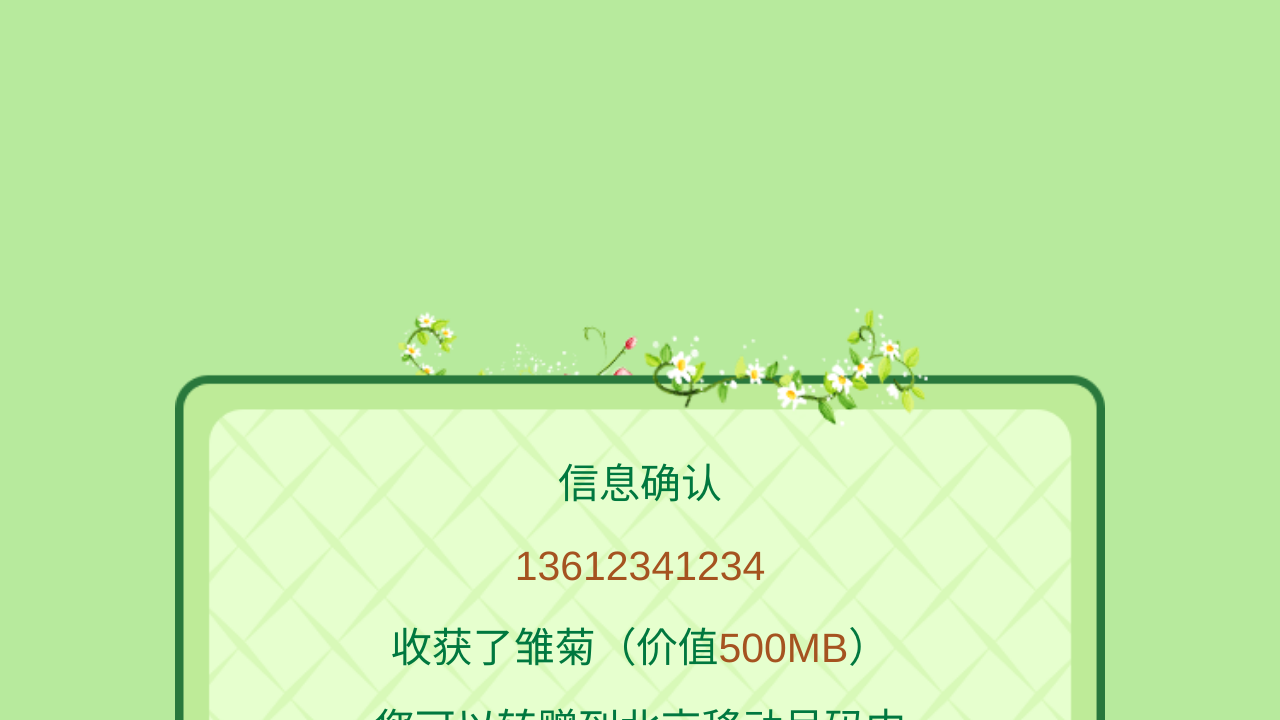
Repository: wangbiaozy/zh
Page: index.html
These files come from the project's save history. The page is drawn as it stood at one moment and after the next save; the edit follows.
The browser window is 1280 px wide. The pictures show the whole page.

Above is the page before, as saved 2019-03-18 19:25:52.
Console error: TypeError: Cannot read properties of undefined (reading 'style')

### index.html
<!DOCTYPE html>
<html lang="en">

<head>
    <meta charset="UTF-8">
    <meta name="viewport" content="width=device-width, initial-scale=1.0, maximum-scale=1.0, minimum-scale=1.0, user-scalable=no, viewport-fit=cover">
    <meta http-equiv="X-UA-Compatible" content="ie=edge">
    <title>北京移动</title>
    <link rel="stylesheet" href="css/reset.min.css">
    <link rel="stylesheet/less" href="css/styles.less">
    <script src="js/less-1.7.0.min.js"></script>
    <script src="js/jquery-1.10.1.min.js"></script>
    <script src="js/imgLoader.js"></script>
    <script>
        imgLoader([
            'images/banner.png',
            'images/bdsjh.png',
            'images/bg_01.png',
            'images/bg_02.png',
            'images/btn_cj.png',
            'images/btn_cjhd.png',
            'images/btn_dhff.png',
            'images/btn_dl.png',
            'images/btn_fshy.png',
            'images/btn_lj.png',
            'images/btn_qd.png',
            'images/btn_qdl.png',
            'images/btn_qr.png',
            'images/btn_qx.png',
            'images/btn_xg.png',
            'images/btn_zz.png',
            'images/c1.png',
            'images/c2.png',
            'images/c3.png',
            'images/c4.png',
            'images/c5.png',
            'images/card_1.png',
            'images/card_2.png',
            'images/card_3.png',
            'images/card_4.png',
            'images/card_5.png',
            'images/card.png',
            'images/close.png',
            'images/default.jpg',
            'images/erweima.png',
            'images/fire.gif',
            'images/fri_bg_01.png',
            'images/fri_bg_02.png',
            'images/fri_bg_03.png',
            'images/gongxi.png',
            'images/guang1.png',
            'images/guang2.png',
            'images/hdgz.png',
            'images/home_bg_01.png',
            'images/home_bg_02.png',
            'images/home_bg_03.png',
            'images/hyzl.png',
            'images/longjiao.png',
            'images/longshen.png',
            'images/longtou.png',
            'images/longwei.png',
            'images/longzhu.png',
            'images/longzhua.png',
            'images/rule_btn.png',
            'images/share.png',
            'images/sjhm.png',
            'images/start_btn.png',
            'images/submit.png',
            'images/tc_1_text.png',
            'images/tc_bg.png',
            'images/tc_card.png',
            'images/tc_title_1.png',
            'images/tc_title_2.png',
            'images/tc_title_3.png',
            'images/xxqr.png',
            'images/yun_1.png',
            'images/yun_2.png',
            'images/yun_3.png',
            'images/yun.png',
            'images/yzm.png'
        ], function (percentage) {
            var percentT = percentage * 100;
            $('.loader_info').html('Loading ' + (parseInt(percentT)) + '%');
            $('.loader_progress')[0].style.width = percentT + '%';
            if (percentage == 1) {
                /* $('.loader').remove();
                $('.home').show(); */
            }
        });
    </script>
</head>
<body>
    <!--loading-->
    <!-- <section class="loader">
        <div class="loader_info"></div>
        <div>
            <div class="loader_progress"></div>
        </div>
    </section> -->
    <!-- 首页 -->
    <section id="home" class="home">
        <div>
            <a href="javascript: void(0)" class="rule-btn"></a>
        </div>
        <div>
            <div></div>
        </div>
        <div>
            <a href="javascript: void(0)" id="start-btn"></a>
            <div>
                <p id="countDown"><i>倒计时：</i><span>7</span>天<span>00</span>时<span>00</span>分<span>00</span>秒</p>
            </div>
            <p>4月8日-4月14日&nbsp;&nbsp;&nbsp;&nbsp;活动将于4月14日结束，务必到期前领取</p>
        </div>
    </section>
    <!-- 活动规则页 -->
    <section id="rule" class="rule">
        <div>
            <div></div>
            <div>
                <ul>
                    <li>
                        <h3>一 活动时间：</h3>
                        <p>即日起——4月14日</p>
                        <h3>二 活动介绍：</h3>
                        <p>活动期间，用户通过北京移动微信公众号，可参与“天天种花得流量”活动。用户每天可获得一颗种子，通过添加物料（水、阳光、肥料），完成种植，收获花朵并获得对应流量奖品。</p>
                        <p>获取物料方法：</p>
                        <p>1、用户首次参与活动可领取水、阳光、肥料各1份。</p>
                        <p>2、分享活动给好友，邀请其助力赠送，可获得更多物料。（好友助力次数不限，但为同一用户仅可助力一次。）</p>
                        <h3>三 奖品规则：</h3>
                        <p>活动奖品包含：100MB、200MB、500MB、1GB、2GB、3GB全国流量，及部分免费业务体验资格、优惠业务办理资格。</p>
                        <p>（一）流量奖品</p>
                        <p>1.流量档位包括100MB、200MB、500MB、1GB、2GB、3GB全国流量；</p>
                        <p>2.奖品将于领取后15日内，自动充入用户的微信关注绑定手机号，流量自充入日起生效，有效期至本月月末；</p>
                        <p>3.活动赠送套外国内流量，优先级低于主套餐、可选包、短促包、定向流量包等，赠送流量无法共享，不可结转；</p>
                        <p>4.处于保留期、保号期、挂失、申停、欠停、转品牌过渡期的手机号；物联网卡、4G超级日租卡套餐、神州行开心听、语音套餐卡、神州行B标准资费基本策划等特殊资费用户无法领取赠送流量；</p>
                        <p>5.赠送流量每月仅可领取100次，超出上限不可领取；</p>
                        <p>6.北京移动用户抽中流量奖品后，自动充入关注绑定账户。非北京移动用户抽中流量奖品后可以转赠给北京移动手机号码。</p>
                        <p>（二）其它奖品</p>
                        <p>规则详见各奖品办理页面</p>
                        <p>温馨提示：</p>
                        <p>1、活动将于4月14日结束，请您务必于活动结束前完成领奖，逾期视为自动放弃奖品。</p>
                        <p>2、活动页面内可手动关闭活动提醒。如不关闭，默认每天发放服务通知，提醒用户活动状态已更新。</p>
                    </li>
                </ul>
                <a href="javascript:void(0)">确定</a>
            </div>
        </div>
        <div></div>
    </section>
    <!-- 主页 -->
    <section id="main" class="main">
        <div>
            <a href="javascript:void(0)" class="rule-btn"></a>
            <a href="javascript:void(0)" class="method-btn"></a>
            <div>
                <a href="javascript:void(0)"></a>
                <p>活动通知</p>
            </div>
        </div>
        <div>
            <div></div>
        </div>
        <div>
            <ul>
                <li>
                    <span>3</span>
                </li>
                <li>
                    <span>3</span>
                </li>
                <li>
                    <span>3</span>
                </li>
            </ul>
            <ul>
                <li>奖励花园</li>
                <li>获取能量</li>
            </ul>
        </div>
        <div>
            <h3></h3>
            <ul>
                <p>您还没有好友给您助力哦~</p>
                <!-- <li>
                    <div>
                        <img src="./images/fri_default.png" alt="">
                    </div>
                    <p>胖子胖子胖子胖子</p>
                    <p>帮忙增加了<span>肥料</span></p>
                    <p>3月1日</p>
                </li> -->
            </ul>
        </div>
    </section>
    <!-- 玩法锦囊页 -->
    <section id="method" class="method">
        <div></div>
        <div></div>
        <div></div>
        <div></div>
        <div></div>
        <a href="javascript: void(0)">确定</a>
    </section>
    <!-- 我的奖励花园页 -->
    <section id="gift" class="gift">
        <div>
            <div>
                <div></div>
                <ul>
                    <li>
                        <img src="./images/flower_0.png" alt="">
                        <a href="javascript: void(0)"></a>
                    </li>
                    <li>
                        <img src="./images/flower_0.png" alt="">
                        <a href="javascript: void(0)"></a>
                    </li>
                    <li>
                        <img src="./images/flower_0.png" alt="">
                        <a href="javascript: void(0)"></a>
                    </li>
                    <li>
                        <img src="./images/flower_0.png" alt="">
                        <a href="javascript: void(0)"></a>
                    </li>
                    <li>
                        <img src="./images/flower_0.png" alt="">
                        <a href="javascript: void(0)"></a>
                    </li>
                    <li>
                        <img src="./images/flower_0.png" alt="">
                        <a href="javascript: void(0)"></a>
                    </li>
                    <li>
                        <img src="./images/flower_0.png" alt="">
                        <a href="javascript: void(0)"></a>
                    </li>
                </ul>
                <div></div>
                <a href="javascript: void(0)">返回</a>
            </div>
        </div>
        <div></div>
    </section>
    <!-- 二维码页 -->
    <section id="code" class="code">
        <div>
            <div>
                <div>
                    <p>亲爱的用户<br>天天种花得流量活动邀你参加<br>天天有惊喜哦~</p>
                </div>
                <div>
                    <div>
                        <img src="./images/erweima.jpg" alt="">
                    </div>
                </div>
            </div>
        </div>
        <div></div>
    </section>
    <!-- 添加物料弹窗 -->
    <section class="model addModel message-model">
        <div>
            <p>您已成功为种子<br><span>添加了阳光</span><br>种子已进入<span>成熟</span>期<br>快来看看吧</p>
        </div>
        <a href="javascript: void(0)">确定</a>
    </section>
    <!-- 发送好友弹窗 -->
    <section class="model to-friend message-model">
        <div>
            <p>您需要积攒能量<br>才能种出神秘花朵<br>还有抽大奖的机会哦<br>快请好友帮忙吧</p>
        </div>
        <a href="javascript:void(0)">发送好友</a>
    </section>
    <!-- 开始 种子弹窗 -->
    <section class="model tc-0">
        <div>
            <p>恭喜您已经播种了<br>一颗神秘种子<br>快去养育TA～</p>
            <div></div>
            <p>看看可以收获什么花吧！！</p>
            <p>送您阳光、水壶、肥料各一份</p>
        </div>
        <a href="javascript:void(0)">确定</a>
    </section>
    <!-- 本网获得流量弹窗 -->
    <section class="model tc-1">
        <div>
            <p>恭喜您的手机号</p>
            <p>15910943650</p>
            <p>收货了<span>雏菊</span>（价值<span>500MB</span>）</p>
            <img src="./images/flower_tc_1.png" alt="">
            <p>流量将于7日内到账</p>
            <p>有效期至本月月末</p>
            <a href=""></a>
        </div>
        <a href="javascript:void(0)">确定</a>
    </section>
    <!-- 异网流量弹窗 1-->
    <section class="model tc-2">
        <div>
            <p>恭喜您的手机号</p>
            <p>13612341234</p>
            <p>收获了<span>雏菊</span>（价值<span>500MB</span>）</p>
            <img src="./images/flower_tc_1.png" alt="">
            <p>您可以转赠到北京移动号码内</p>
            <p>（流量仅可在活动期间内进行转赠）</p>
        </div>
        <div>
            <a href="javascript:void(0)">取消</a>
            <a href="javascript:void(0)">转赠</a>
        </div>
    </section>
    <!-- 异网流量弹窗 2 -->
    <section class="model tc-3">
        <div>
            <p>请输入好友北京移动手机号码</p>
            <div>
                <p>手机号码</p>
                <input id="inputTel" type="number" pattern="[0-9]*" oninput="if(value.length>11)value=value.slice(0,11)">
            </div>
            <p>（流量仅可在活动期间进行转赠）</p>
        </div>
        <a href="javascript:void(0)">确定</a>
    </section>
     <!-- 异网流量弹窗 3 -->
    <section class="model tc-4">
        <div>
            <p>信息确认</p>
            <p>13612341234</p>
            <p>收获了<span>雏菊</span>（价值<span>500MB</span>）</p>
            <p>您可以转赠到北京移动号码内</p>
            <p>（流量仅可在活动期间内进行转赠）</p>
        </div>
        <div>
            <a href="javascript:void(0)">取消</a>
            <a href="javascript:void(0)">转赠</a>
        </div>
    </section>
    <!-- 分享浮层 -->
    <section class="share">
        <div>
            <span></span>
        </div>
    </section>
    <!-- 遮罩层 -->
    <section class="mask" id="mask"></section>
</body>
</html>
<script src="js/index.js"></script>

### css/reset.min.css
@charset "utf-8";
/*默认样式清除和初始化*/
body,h1,h2,h3,h4,h5,h6,hr,p,blockquote,dl,dt,dd,ul,ol,li,button,input,textarea,th,td{margin:0;padding:0}body{font-size:12px;font-style:normal;font-family:"\5FAE\8F6F\96C5\9ED1",Helvetica,sans-serif}small{font-size:12px}h1{font-size:18px}h2{font-size:16px}h3{font-size:14px}h4,h5,h6{font-size:100%}ul,ol{list-style:none}a{text-decoration:none;background-color:transparent}a:hover,a:active{outline-width:0;text-decoration:none}table{border-collapse:collapse;border-spacing:0}hr{border:0;height:1px}img{border-style:none}img:not([src]){display:none}svg:not(:root){overflow:hidden}html{-webkit-touch-callout:none;-webkit-text-size-adjust:100%}input,textarea,button,a{-webkit-tap-highlight-color:rgba(0,0,0,0)}article,aside,details,figcaption,figure,footer,header,main,menu,nav,section,summary{display:block}audio,canvas,progress,video{display:inline-block}audio:not([controls]),video:not([controls]){display:none;height:0}progress{vertical-align:baseline}mark{background-color:#ff0;color:#000}sub,sup{position:relative;font-size:75%;line-height:0;vertical-align:baseline}sub{bottom:-0.25em}sup{top:-0.5em}button,input,select,textarea{font-size:100%;outline:0}button,input{overflow:visible}button,select{text-transform:none}textarea{overflow:auto}button,html [type="button"],[type="reset"],[type="submit"]{-webkit-appearance:button}button::-moz-focus-inner,[type="button"]::-moz-focus-inner,[type="reset"]::-moz-focus-inner,[type="submit"]::-moz-focus-inner{border-style:none;padding:0}button:-moz-focusring,[type="button"]:-moz-focusring,[type="reset"]:-moz-focusring,[type="submit"]:-moz-focusring{outline:1px dotted ButtonText}[type="checkbox"],[type="radio"]{box-sizing:border-box;padding:0}[type="number"]::-webkit-inner-spin-button,[type="number"]::-webkit-outer-spin-button{height:auto}[type="search"]{-webkit-appearance:textfield;outline-offset:-2px}[type="search"]::-webkit-search-cancel-button,[type="search"]::-webkit-search-decoration{-webkit-appearance:none}::-webkit-input-placeholder{color:inherit;opacity:.54}::-webkit-file-upload-button{-webkit-appearance:button;font:inherit}.clear:after{display:block;height:0;content:"";clear:both}
*{ -webkit-tap-highlight-color: rgba(0,0,0,0);-webkit-tap-highlight-color: transparent; /* For some Androids */ }

### js/imgLoader.js
/**
 * Created by wangbiaozy on 2017/12/11.
 */
(function () {
    function isArray(obj) {
        return Object.prototype.toString.call(obj) === '[object Array]';
    }

    /**
     * @param imgList 要加载的图片地址列表，['aa/asd.png','aa/xxx.png']
     * @param callback 每成功加载一个图片之后的回调，并传入“已加载的图片总数/要加载的图片总数”表示进度
     * @param timeout 每个图片加载的超时时间，默认为5s
     */
    var loader = function (imgList, callback, timeout) {
        timeout = timeout || 5000;
        imgList = isArray(imgList) && imgList || [];
        callback = typeof(callback) === 'function' && callback;

        var total = imgList.length,
            loaded = 0,
            imgages = [],
            _on = function () {
                loaded < total && (++loaded, callback && callback(loaded / total));
            };

        if (!total) {
            return callback && callback(1);
        }

        for (var i = 0; i < total; i++) {
            imgages[i] = new Image();
            imgages[i].onload = imgages[i].onerror = _on;
            imgages[i].src = imgList[i];
        }

        /**
         * 如果timeout * total时间范围内，仍有图片未加载出来（判断条件是loaded < total），通知外部环境所有图片均已加载
         * 目的是避免用户等待时间过长
         */
        setTimeout(function () {
            loaded < total && (loaded = total, callback && callback(loaded / total));
        }, timeout * total);

    };

    "function" === typeof define && define.cmd ? define(function () {
        return loader
    }) : window.imgLoader = loader;
})();

Loaded but not shown: js/less-1.7.0.min.js (library); js/jquery-1.10.1.min.js (library); js/index.js (497 lines, source omitted)

After the next save:
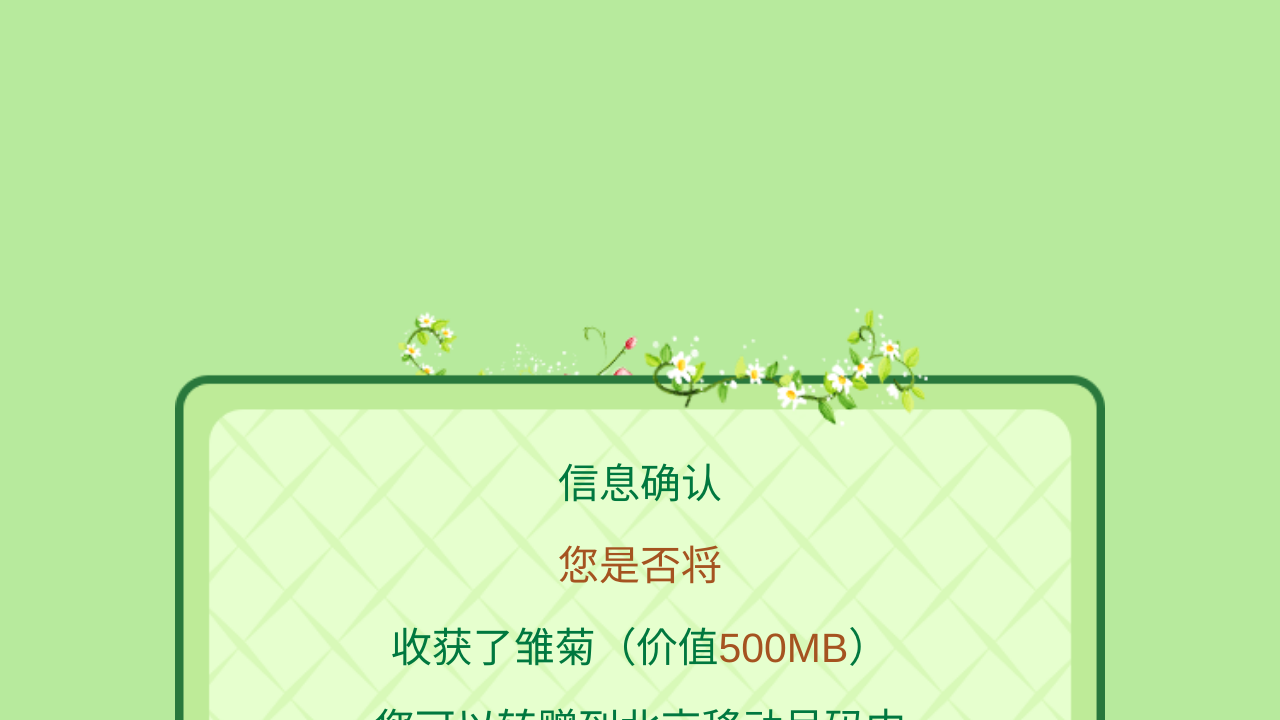
Saved 10 s later.
--- a/index.html
+++ b/index.html
@@ -327,7 +327,7 @@
     <section class="model tc-4">
         <div>
             <p>信息确认</p>
-            <p>13612341234</p>
+            <p>您是否将</p>
             <p>收获了<span>雏菊</span>（价值<span>500MB</span>）</p>
             <p>您可以转赠到北京移动号码内</p>
             <p>（流量仅可在活动期间内进行转赠）</p>
